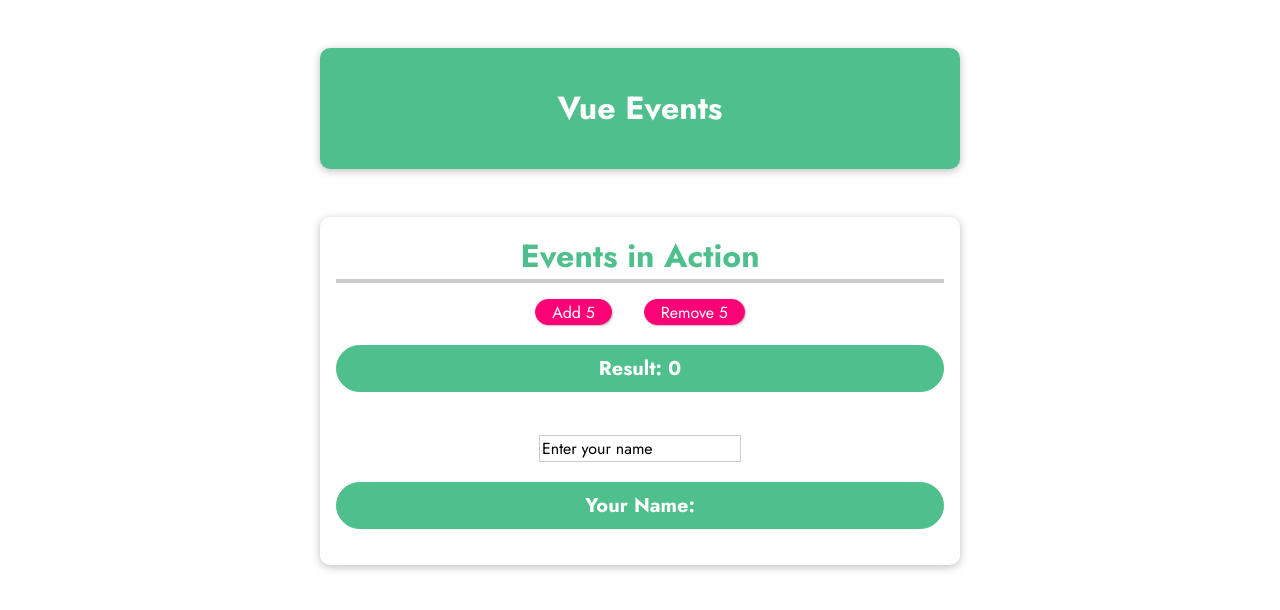
Repository: zmarkoni/Vue-The-Complete-Guide
Page: basics-03-events-starting-code/index.html
The author's editor kept a copy of each file at every save. The page is drawn from the files as they stood at one save, then again after the next save.
The browser window is 1280 px wide. The pictures show the whole page.

Above is the page before, as saved 2020-12-29 17:49:30.

After the next save:
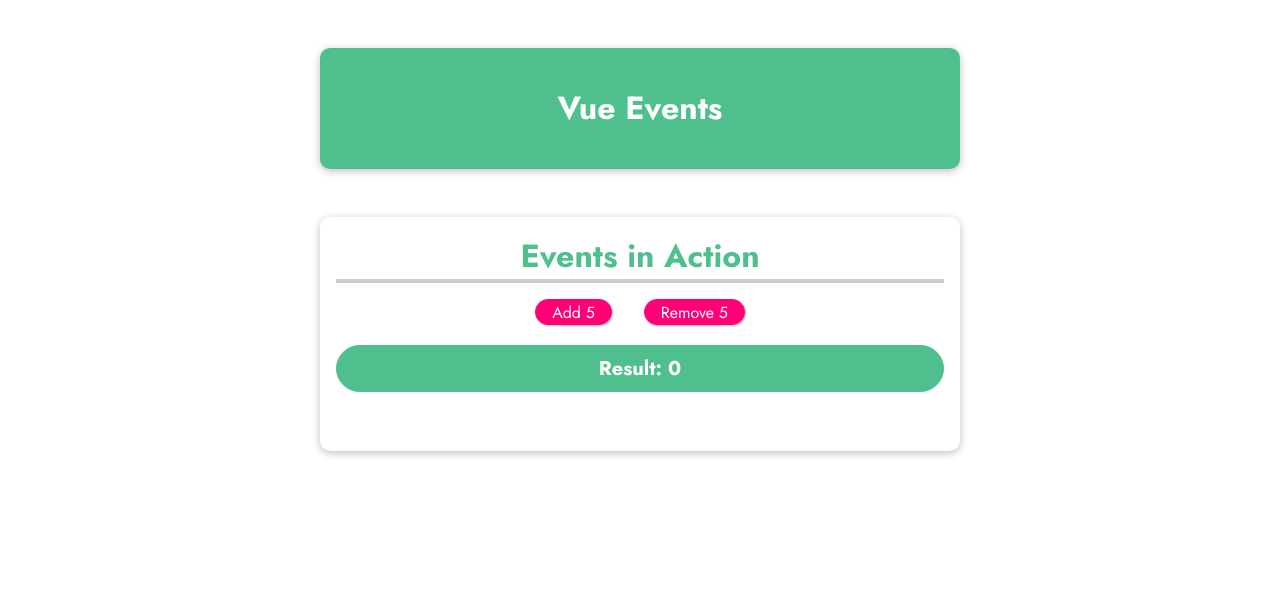
Console error (its wording comes from the project's code and is left out).
Saved 9 s later.
--- a/basics-03-events-starting-code/index.html
+++ b/basics-03-events-starting-code/index.html
@@ -22,7 +22,7 @@
       <button v-on:click="reduce(5)">Remove 5</button>
       <p>Result: {{ counter }}</p>
       </br>
-
+      <label for=""
       <input type="text" v-on:input="setName" value="Enter your name">
       <p>Your Name: {{ name }}</p>
     </section>

After the 4 saves that followed:
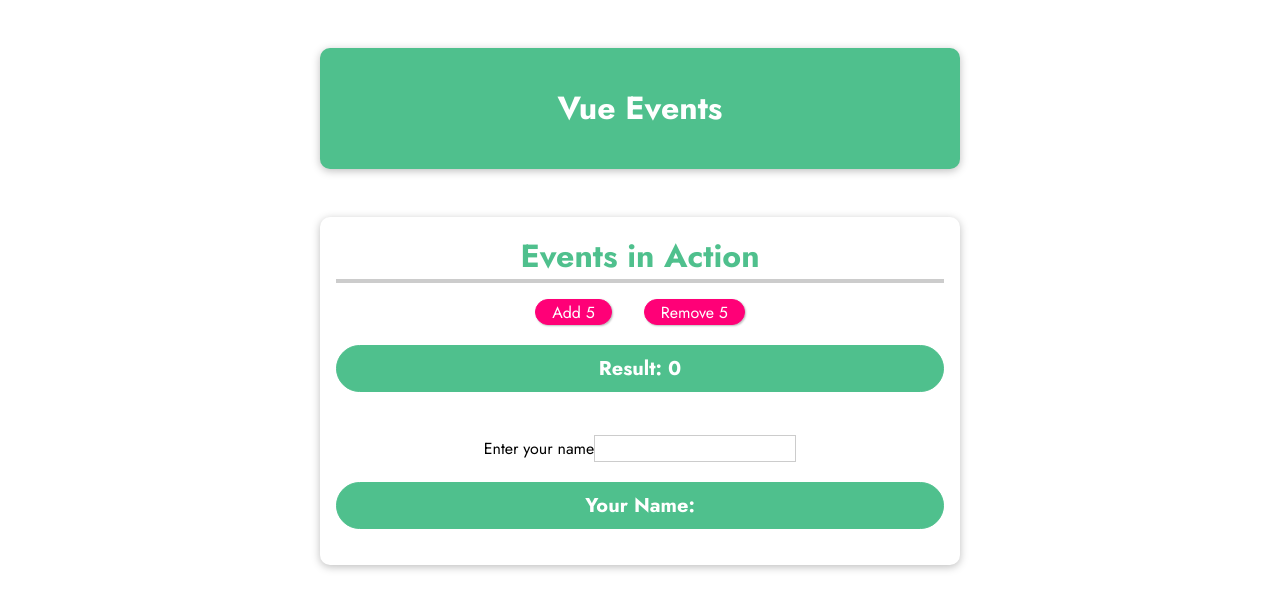
The error is gone.
The 4 saves are shown as one change because 2 left the picture as it was and some came seconds apart.
The last was saved 21 s later.
--- a/basics-03-events-starting-code/index.html
+++ b/basics-03-events-starting-code/index.html
@@ -22,8 +22,8 @@
       <button v-on:click="reduce(5)">Remove 5</button>
       <p>Result: {{ counter }}</p>
       </br>
-      <label for=""
-      <input type="text" v-on:input="setName" value="Enter your name">
+      <label for="name">Enter your name</label>
+      <input id="name" type="text" v-on:input="setName">
       <p>Your Name: {{ name }}</p>
     </section>
   </body>
